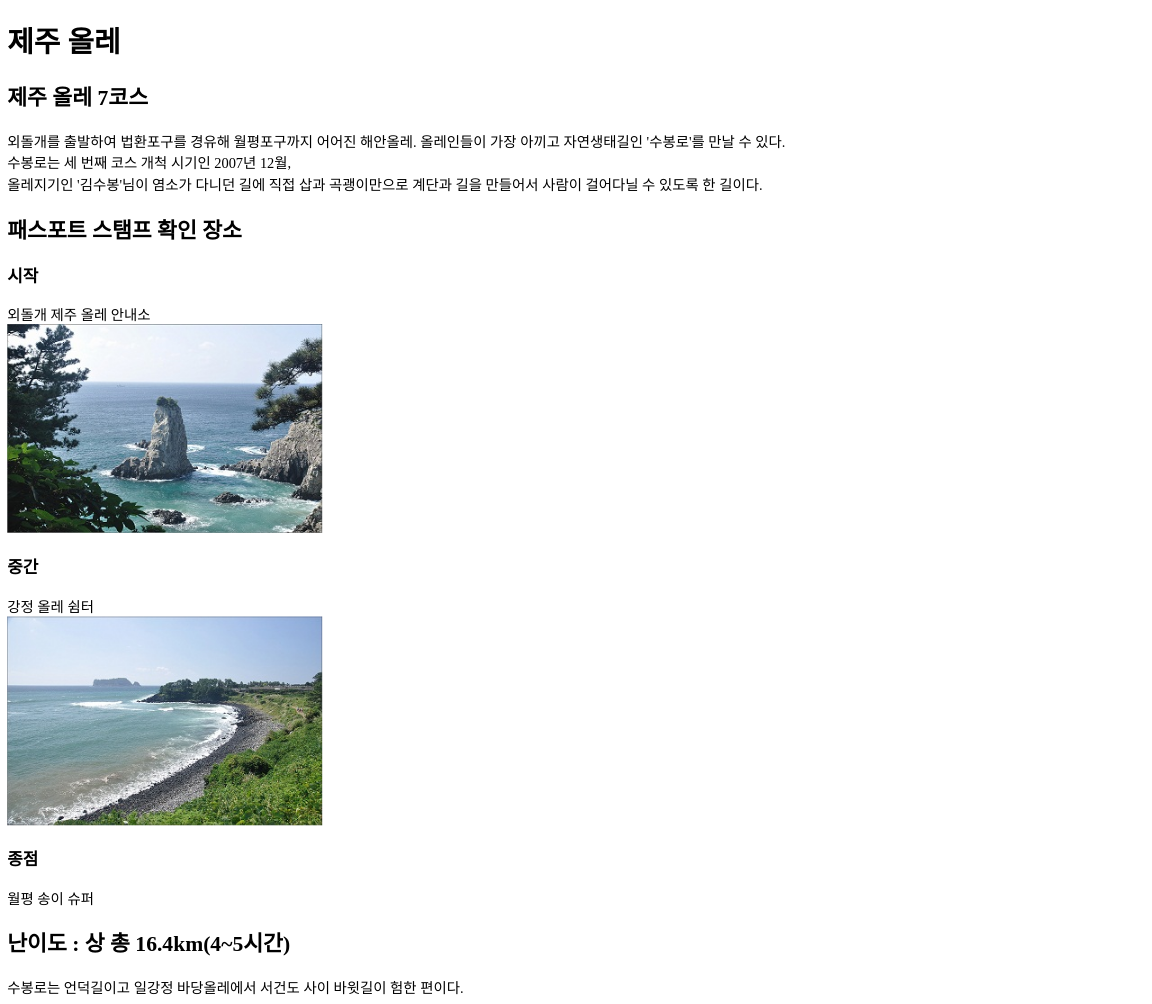
Repository: angelSuho/KCC_Learning_Repo
Page: Html/WebContent/sample02.html
The author's editor kept a copy of each file at every save. The page is drawn from the files as they stood at one save, then again after the next save.
The browser window is 1280 px wide. The pictures show the whole page, at 90% of full size.

Above is the page before, as saved 2024-07-08 07:18:02.

### Html/WebContent/sample02.html
<!DOCTYPE html>
<html>
<head>
<meta charset="UTF-8">
<title>Insert title here</title>
</head>
<body>
	<header>
		<h1>제주 올레</h1>
		<h2>제주 올레 7코스</h2>
		<p>외돌개를 출발하여 법환포구를 경유해 월평포구까지 어어진 해안올레. 올레인들이 가장 아끼고 자연생태길인 '수봉로'를 만날 수 있다.<br/>
		수봉로는 세 번째 코스 개척 시기인 2007년 12월,<br/>
		올레지기인 '김수봉'님이 염소가 다니던 길에 직접 삽과 곡괭이만으로 계단과 길을 만들어서 사람이 걸어다닐 수 있도록 한 길이다.</p>
	</header>

	<section id="course">
		<header>
		<h2>패스포트 스탬프 확인 장소</h2>
		</header>
		<section id="point">
			<header>
				<h3>시작</h3>
			</header>
			<div>외돌개 제주 올레 안내소</div>
			<img src="images/road2.jpg">
			<header>
				<h3>중간</h3>
			</header>
			<div>강정 올레 쉼터</div>
			<img src="images/road1.jpg">
			<header>
				<h3>종점</h3>
			</header>
			<div>월평 송이 슈퍼</div>
			<footer>
			<h2>난이도 : 상 총 16.4km(4~5시간)</h2>
			<div>수봉로는 언덕길이고 일강정 바당올레에서 서건도 사이 바윗길이 험한 편이다.</div>
			</footer>
		</section>
		<section






이 문서는 2010년 5월 19일에 작성되었습니다
funcom@gmail.com
</body>
</html>

After the next save:
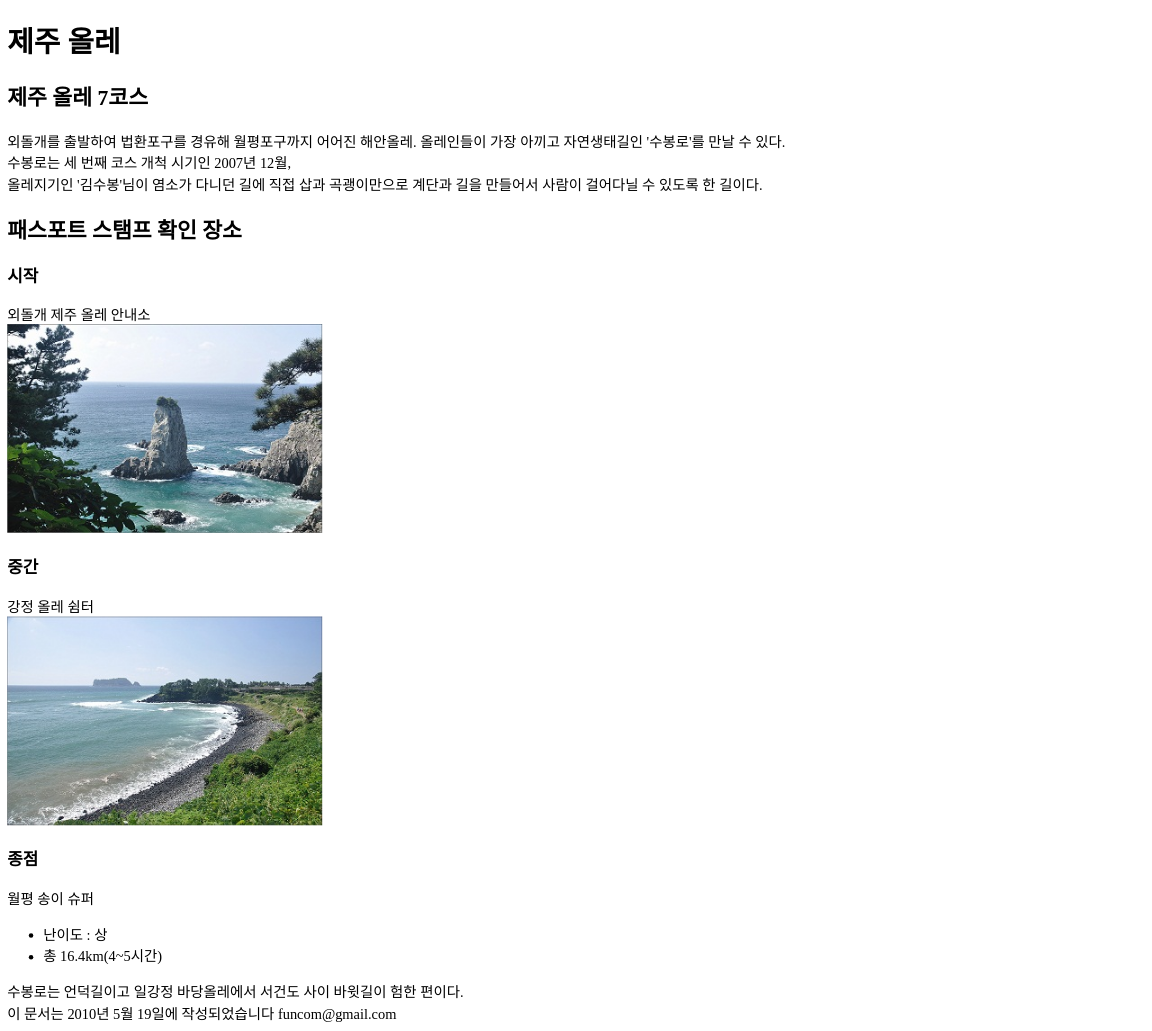
Saved 5 min 4 s later.
--- a/Html/WebContent/sample02.html
+++ b/Html/WebContent/sample02.html
@@ -18,31 +18,35 @@
 		<h2>패스포트 스탬프 확인 장소</h2>
 		</header>
 		<section id="point">
-			<header>
-				<h3>시작</h3>
-			</header>
-			<div>외돌개 제주 올레 안내소</div>
-			<img src="images/road2.jpg">
-			<header>
-				<h3>중간</h3>
-			</header>
-			<div>강정 올레 쉼터</div>
-			<img src="images/road1.jpg">
-			<header>
-				<h3>종점</h3>
-			</header>
-			<div>월평 송이 슈퍼</div>
-			<footer>
-			<h2>난이도 : 상 총 16.4km(4~5시간)</h2>
-			<div>수봉로는 언덕길이고 일강정 바당올레에서 서건도 사이 바윗길이 험한 편이다.</div>
-			</footer>
+			<section>
+				<header>
+					<h3>시작</h3>
+				</header>
+				<div>외돌개 제주 올레 안내소</div>
+				<img src="images/road2.jpg">
+			</section>
+			<section>
+				<header>
+					<h3>중간</h3>
+				</header>
+				<div>강정 올레 쉼터</div>
+				<img src="images/road1.jpg">
+			</section>
+			<section>
+				<header>
+					<h3>종점</h3>
+				</header>
+				<div>월평 송이 슈퍼</div>
+				<footer>
+				<ul>
+				<li>난이도 : 상</li>
+				<li>총 16.4km(4~5시간)</li>
+				</ul>
+				<div>수봉로는 언덕길이고 일강정 바당올레에서 서건도 사이 바윗길이 험한 편이다.</div>
+				</footer>
+			</section>
 		</section>
-		<section
-
-
-
-
-
+	</section>
 
 이 문서는 2010년 5월 19일에 작성되었습니다
 funcom@gmail.com
